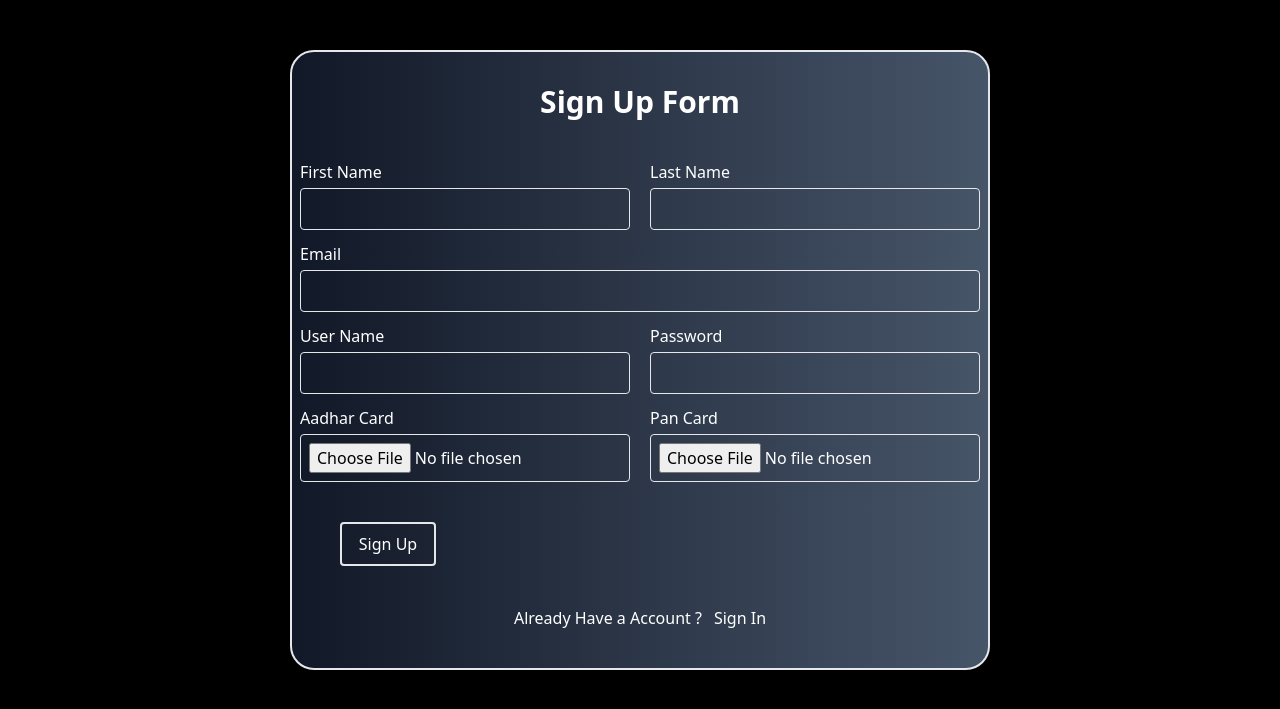
Repository: OmkarTidke8080/Assessment
Page: /sign-up (app in frontend/)
These files come from the project's save history. The page is drawn as it stood at one moment and after a run of saves; the edit follows.
The browser window is 1280 px wide. The pictures show the whole page.
The project was rebuilt for these pictures with package versions that can differ from the ones it lists, and the page was loaded fresh each time. Also part of the build but not shown: frontend/vite.config.js, frontend/src/components/HomePage.jsx, frontend/src/components/SignIn.jsx.

Above is the page before, as saved 2024-10-19 22:27:37.

After the next 3 saves:
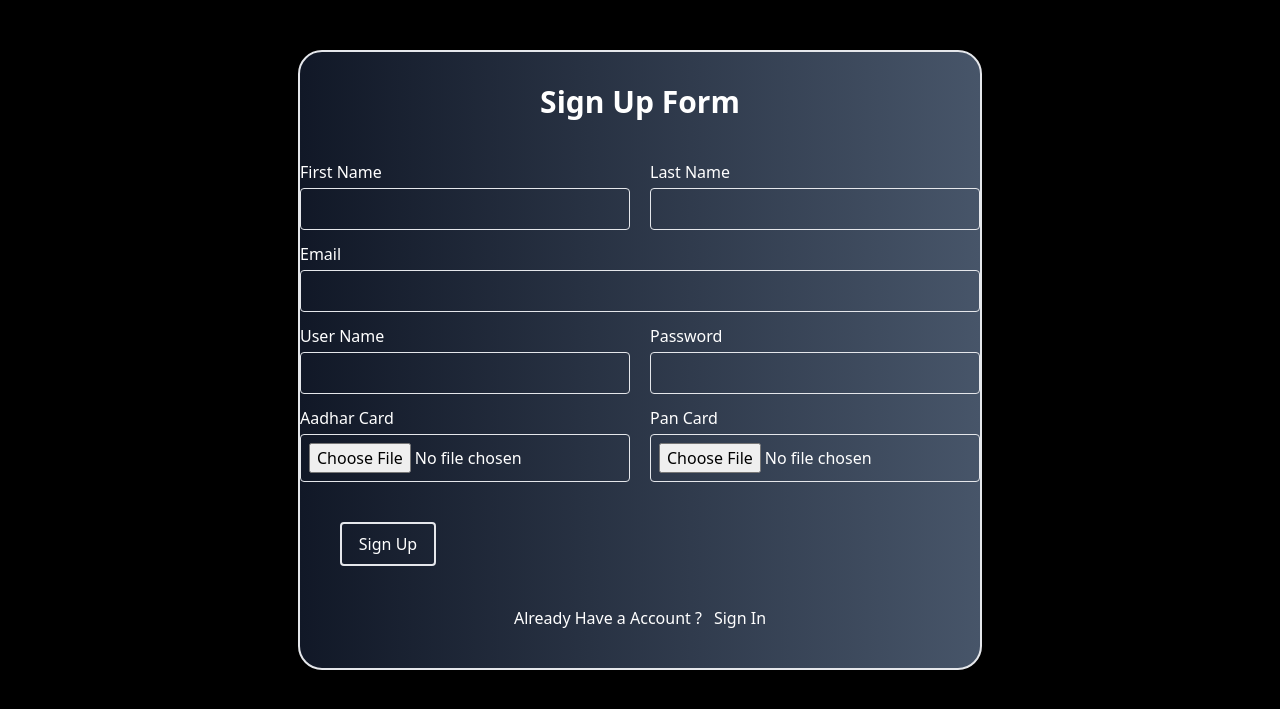
The 3 saves are shown as one change because they came seconds apart.
The last was saved 19 s later.
--- a/frontend/src/components/SignUp.jsx
+++ b/frontend/src/components/SignUp.jsx
@@ -4,13 +4,12 @@
   return (
     <>
       <div className="flex justify-center items-center h-screen">
-        <div className="flex   rounded-md h-[620px] w-[700px]">
-          <div className="form border-2 rounded-3xl text-white w-full bg-gradient-to-r from-gray-900 to-slate-600 ">
+        <div className="flex   rounded-md ">
+          <div className="form h-[620px] w-[700px] border-2 rounded-3xl text-white w-full bg-gradient-to-r from-gray-900 to-slate-600 ">
             <div className="form-heading text-center mt-8 mb-6">
               <h1 className="text-3xl font-bold text-white mb-2">
                 Sign Up Form
               </h1>
-
             </div>
             <form>
               <div className="flex justify-center mt-10 ">

After the save that followed:
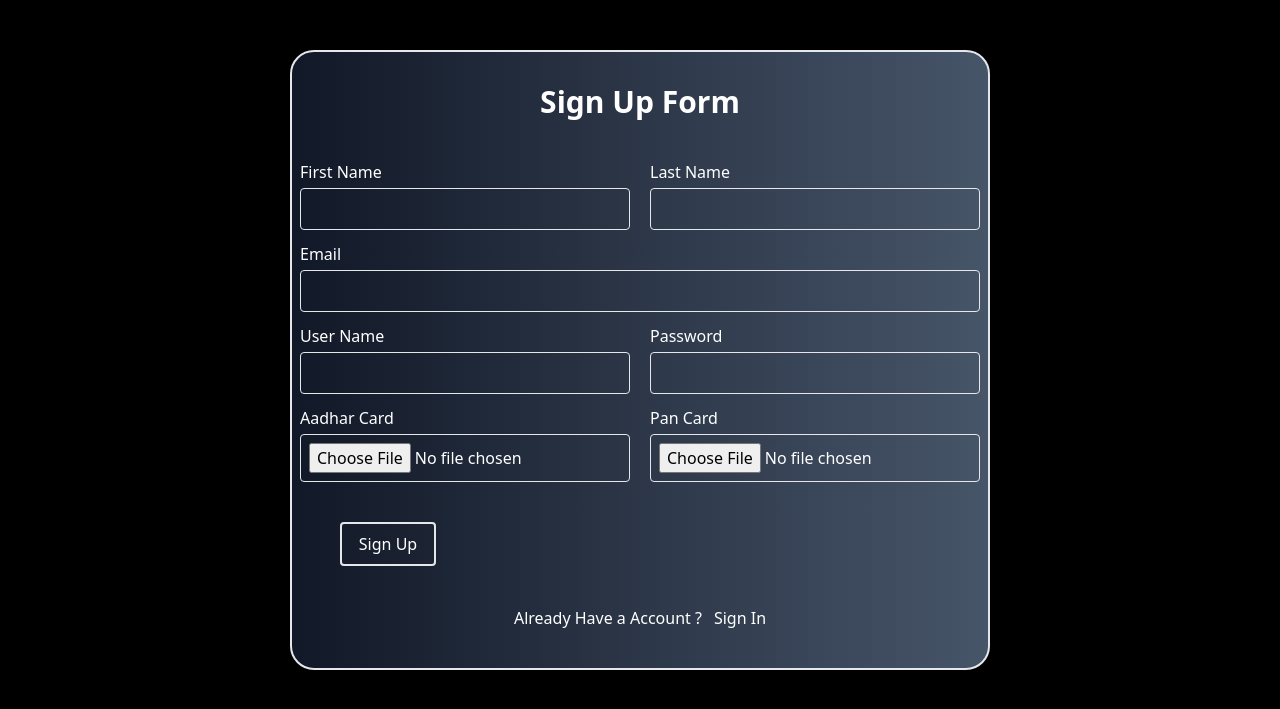
Saved 10 s later.
--- a/frontend/src/components/SignUp.jsx
+++ b/frontend/src/components/SignUp.jsx
@@ -4,8 +4,7 @@
   return (
     <>
       <div className="flex justify-center items-center h-screen">
-        <div className="flex   rounded-md ">
-          <div className="form h-[620px] w-[700px] border-2 rounded-3xl text-white w-full bg-gradient-to-r from-gray-900 to-slate-600 ">
+          <div className="form h-[620px] w-[700px] border-2 rounded-3xl text-white  bg-gradient-to-r from-gray-900 to-slate-600 ">
             <div className="form-heading text-center mt-8 mb-6">
               <h1 className="text-3xl font-bold text-white mb-2">
                 Sign Up Form
@@ -113,7 +112,6 @@
               </div>
             </form>
           </div>
-        </div>
       </div>
     </>
   );
